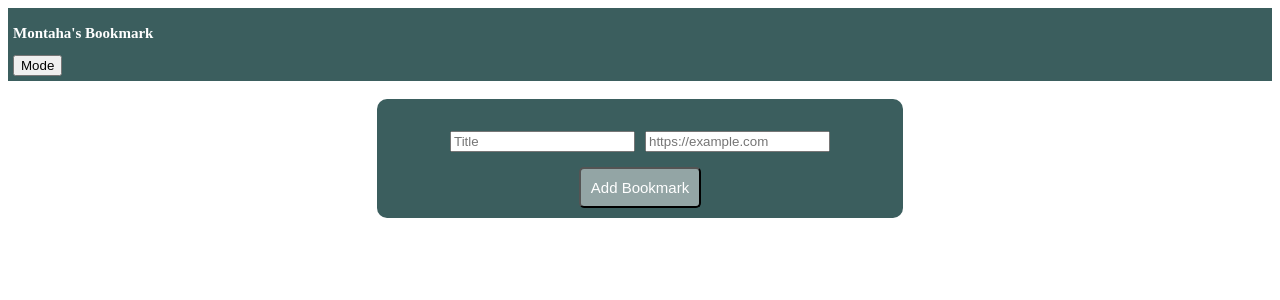
Repository: eidimontaha18-maker/finalproject
Page: index.html
An editor plug-in stored every save of this project. The page is shown before and after the next save, followed by the edit.
The browser window is 1280 px wide. The pictures show the whole page.

Above is the page before, as saved 2025-11-26 00:54:51.

### index.html
<!DOCTYPE html>
<html lang="en">
<head>
    <meta charset="UTF-8">
    <meta name="viewport" content="width=device-width, initial-scale=1.0">
    <title>Montaha's Bookmark</title>
    <link rel="stylesheet" href="style.css">
</head>
<body>
    <nav>
        <h1>Montaha's Bookmark</h1>
        <button id="mode">Mode</button>
    </nav>
    <br>
    <main>
        <div class="addbookmark">
            <input type="text" placeholder="Title" id="title" />
            <input type="text" placeholder="https://example.com" id="url" />
            <br>
            <button id="addbtn">Add Bookmark</button>
        </div>
        <div>
            <ul id="bookmark-list" class="bookmark-list"></ul>
        </div>
    </main>
     <script src="script.js"></script>
</body>
</html>

### style.css
.addbookmark{
    background-color: rgb(59, 94, 94);
    padding: 10px;
    width: 40%;
    margin: auto;
    border-radius: 10px;
    text-align: center;
    font-size: 40px;
}
#addbtn{
    background-color: rgb(147, 165, 165);
    color: white;
    padding: 10px;
    border-radius: 5px;
    font-size: 15px;
    cursor: pointer;
}

nav{
    background-color: rgb(59, 94, 94);
    text-align: left;
    padding:5px;
    margin-top: 0%;
    font-size: 10px;
    color: white;
    font-weight: bold;
}

.bookmark-list{
    width: auto;
    margin-top: 20px;
    padding: 0;
    list-style-type: none;
    font-size: 15px
}
.bookmark-list li{
    background-color: rgb(233, 240, 240);
    margin-bottom: 10px;
    padding: 10px;
    border-radius: 5px;
    display: flex;
    justify-content:right
}
.bookmark-list li a{
    color: rgb(36, 5, 173);
    text-decoration: none;
}
.openbtn{
    background-color: rgb(147, 165, 165);
    color: white;
    padding: 5px;
    border-radius: 5px;
    font-size: 12px;
    cursor: pointer;
    margin-left: auto;
}
.deletebtn{
    background-color: rgb(255, 99, 71);
    color: white;
    padding: 5px;
    border-radius: 5px;
    font-size: 12px;
    cursor: pointer;
    margin-left: 10px;
}

### script.js
document.addEventListener('DOMContentLoaded', function() {
    let title = document.getElementById('title');
    let url = document.getElementById('url');
    let addbtn = document.getElementById('addbtn');

    addbtn.addEventListener('click', function() {
    let titleValue = title.value.trim();
    let urlValue = url.value.trim();

    if (titleValue === '' || urlValue === '') {
        alert('Please fill in both fields.');
        return;
    }

    if (!/^https?:\/\//i.test(urlValue)) {
        alert('URL must start with http:// or https://');
        return;
    }

    let bookmarkList = document.getElementById('bookmark-list');
    let listItem = document.createElement('li');

    let link = document.createElement('a');
    link.href = urlValue;
    link.textContent = titleValue;
    link.target = '_blank';
    link.rel = 'noopener noreferrer';

    // Create Open button
    let openBtn = document.createElement('button');
    openBtn.textContent = 'Open';
    openBtn.className = 'openbtn';
    openBtn.addEventListener('click', function() {
        window.open(urlValue, '_blank');
    });

    // Create Delete button
    let deleteBtn = document.createElement('button');
    deleteBtn.textContent = 'Delete';
    deleteBtn.className = 'deletebtn';
    deleteBtn.addEventListener('click', function() {
        listItem.remove();
    });

    listItem.appendChild(link);
    listItem.appendChild(openBtn);
    listItem.appendChild(deleteBtn);
    bookmarkList.appendChild(listItem);

    title.value = '';
    url.value = '';
});

    let modeBtn = document.getElementById('mode');
    modeBtn.addEventListener('click', function() {
        document.body.classList.toggle('dark-mode');
        modeBtn.textContent = document.body.classList.contains('dark-mode') ? 'Light Mode' : 'Dark Mode';
        localStorage.setItem('darkMode', document.body.classList.contains('dark-mode'));
    });
});

After the next save:
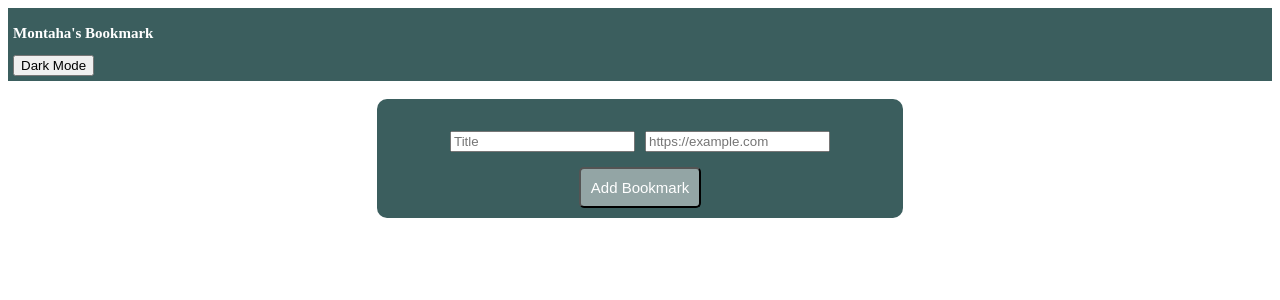
Saved 45 s later.
--- a/script.js
+++ b/script.js
@@ -1,9 +1,8 @@
-document.addEventListener('DOMContentLoaded', function() {
-    let title = document.getElementById('title');
-    let url = document.getElementById('url');
-    let addbtn = document.getElementById('addbtn');
+let title = document.getElementById('title');
+let url = document.getElementById('url');
+let addbtn = document.getElementById('addbtn');
 
-    addbtn.addEventListener('click', function() {
+addbtn.addEventListener('click', function() {
     let titleValue = title.value.trim();
     let urlValue = url.value.trim();
 
@@ -51,10 +50,19 @@
     url.value = '';
 });
 
-    let modeBtn = document.getElementById('mode');
+let modeBtn = document.getElementById('mode');
+if (modeBtn) {
     modeBtn.addEventListener('click', function() {
         document.body.classList.toggle('dark-mode');
         modeBtn.textContent = document.body.classList.contains('dark-mode') ? 'Light Mode' : 'Dark Mode';
         localStorage.setItem('darkMode', document.body.classList.contains('dark-mode'));
     });
-});
+
+    // Load saved mode preference
+    if (localStorage.getItem('darkMode') === 'true') {
+        document.body.classList.add('dark-mode');
+        modeBtn.textContent = 'Light Mode';
+    } else {
+        modeBtn.textContent = 'Dark Mode';
+    }
+}

After the save that followed:
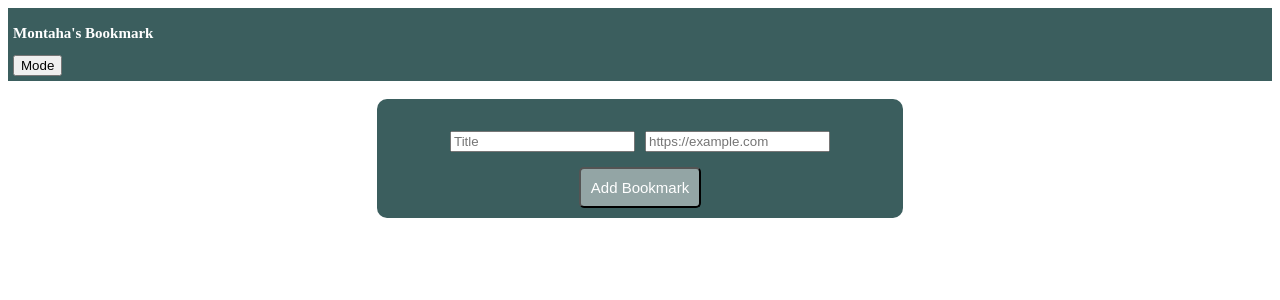
Saved 4 min 53 s later.
--- a/script.js
+++ b/script.js
@@ -58,11 +58,4 @@
         localStorage.setItem('darkMode', document.body.classList.contains('dark-mode'));
     });
 
-    // Load saved mode preference
-    if (localStorage.getItem('darkMode') === 'true') {
-        document.body.classList.add('dark-mode');
-        modeBtn.textContent = 'Light Mode';
-    } else {
-        modeBtn.textContent = 'Dark Mode';
-    }
 }
